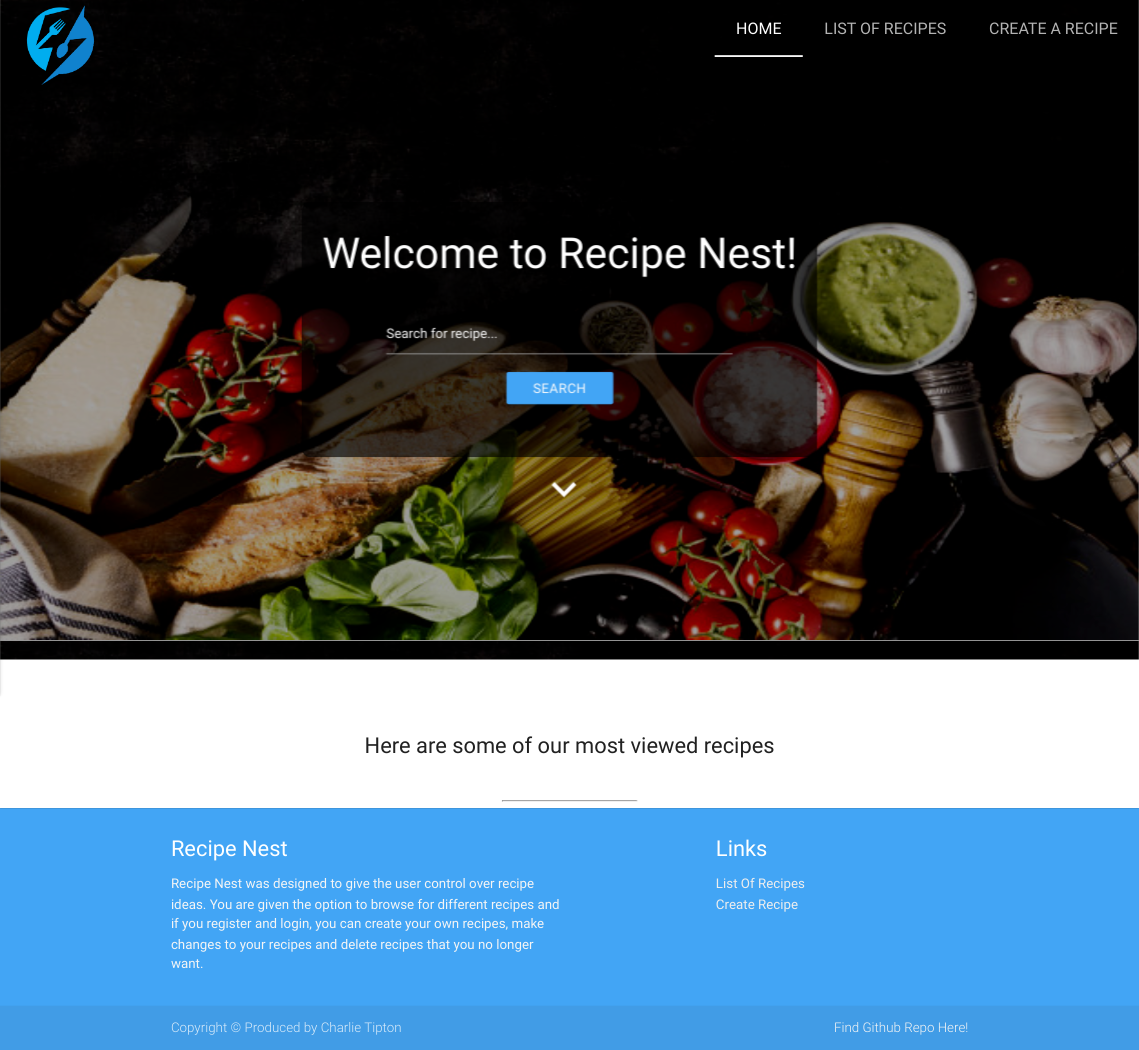
Repository: CharlieJT/Recipes
Page: http://localhost/
The author's editor kept a record of every edit. The page is drawn from the files as they stood at one moment, then again after the next edit.
The browser window is 1280 px wide. The pictures show the whole page, at 89% of full size.
Backgrounds fixed to the window are drawn as part of the page. Some web libraries are served in a nearby version. The page is served by the project's application, run on Flask 3 (app.py). Queries for data that is not in the repository find no rows.

Above is the page before.

After the next edit:
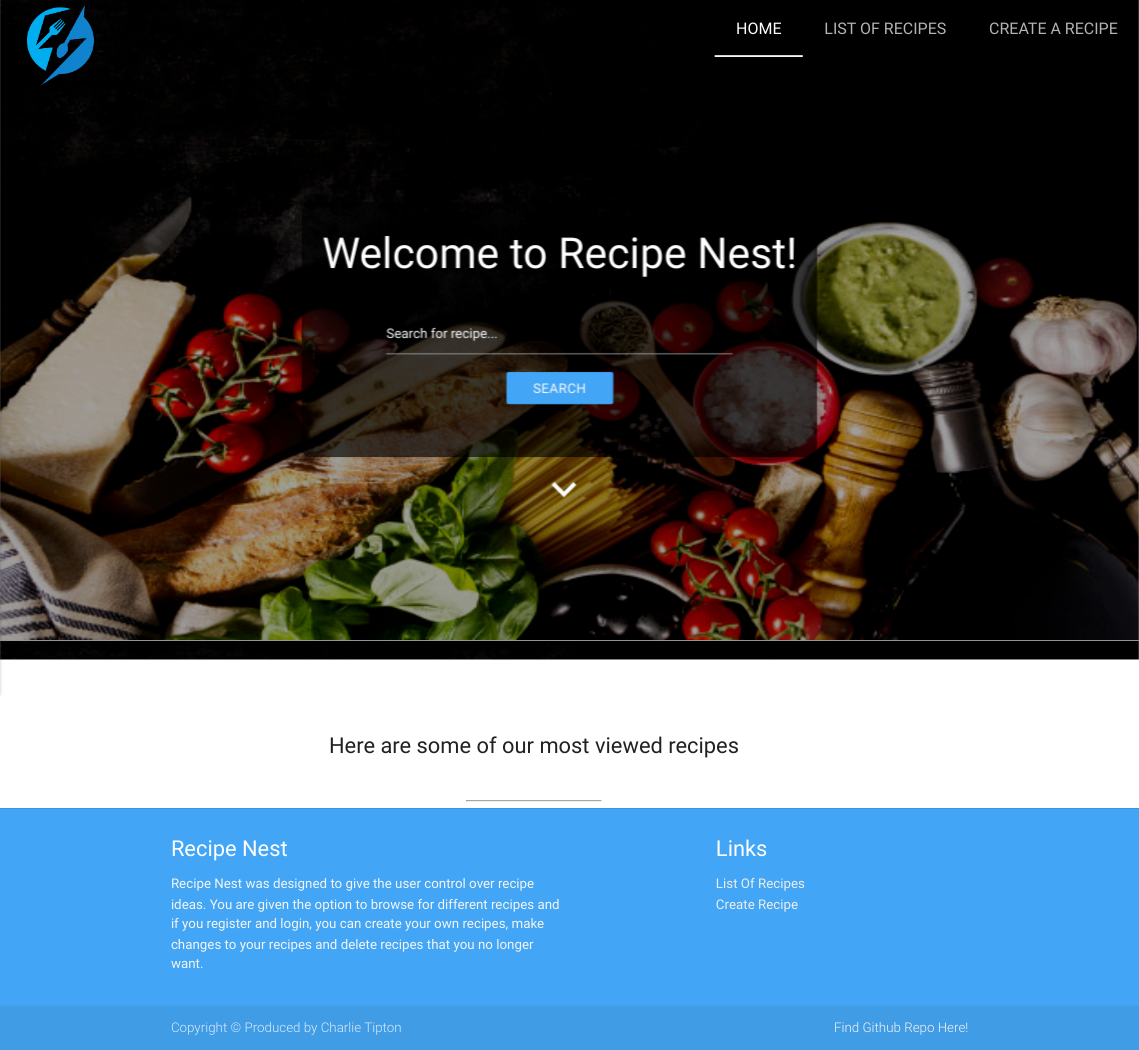
The edit:
--- a/static/css/index.css
+++ b/static/css/index.css
@@ -183,6 +183,12 @@
     }
 }
 
+@media only screen and (min-width: 1200px) {
+    .recipe-row {
+        width: 1200px;
+    }
+}
+
 /* ---------- Keyframes (Animations) ----------*/
 
 @-webkit-keyframes scrollDown {
